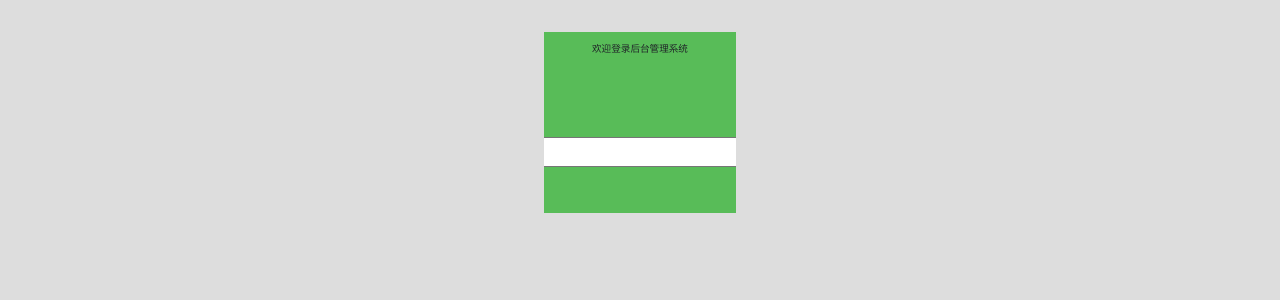
Repository: gzh51904/baiyangApp
Page: / (app in houtai/Vue-admin/)
These files come from the project's save history. The page is drawn as it stood at one moment and after the next save; the edit follows.
The browser window is 1280 px wide. The pictures show the whole page.
The project was rebuilt for these pictures with package versions that can differ from the ones it lists, and the page was loaded fresh each time. Also part of the build but not shown: houtai/Vue-admin/vue.config.js.

Above is the page before, as saved 2019-05-11 10:50:30.

### houtai/Vue-admin/public/index.html
<!DOCTYPE html>
<html lang="en">
  <head>
    <meta charset="utf-8">
    <meta http-equiv="X-UA-Compatible" content="IE=edge">
    <meta name="viewport" content="width=device-width,initial-scale=1.0">
    <link rel="icon" href="<%= BASE_URL %>favicon.ico">
    <title>secco-admin</title>
    <style>
    html,body{
      width:100%;
      height:100%;
    }

    </style>
  </head>
  <body>

    <div id="app"></div>
    <!-- built files will be auto injected -->
  </body>
</html>

### houtai/Vue-admin/src/main.js
import Vue from 'vue'
import App from './App.vue'
import router from './router/router'
import store from './store'

// import axios from "axios";
// Vue.prototype.$axios = axios;

// import bootstrap lib to the project,没有路径就会直接去找node_modules
import "bootstrap";

import 'lib-flexible';
Vue.config.productionTip = false

new Vue({
  router,
  store,
  render: h => h(App)
}).$mount('#app')

### houtai/Vue-admin/src/App.vue
<template>
  <div id="app">

    <router-view/>
  </div>
</template>
<script>
export default {

}
</script>

<style>
@import  '../node_modules/bootstrap/dist/css/bootstrap.css';

#app{
  height:100%;
  width:100%;
  background-color: #ddd;
  overflow:hidden;
}
</style>

### houtai/Vue-admin/src/router/router.js
import Vue from 'vue'
import Router from 'vue-router'
import Login from '../pages/login.vue'


Vue.use(Router)

export default new Router({
  mode: 'history',
  base: process.env.BASE_URL,
  routes: [
    {
      path: '/',
      name: 'Login',
      component: Login
    },
    {
      path: '/admin',
      name: 'admin',
      meta: {
        requireAuth: true
      },
      // route level code-splitting
      // this generates a separate chunk (about.[hash].js) for this route
      // which is lazy-loaded when the route is visited.
      component: () => import(/* webpackChunkName: "about" */ '../pages/admin/admin.vue'),
      children: [
        {
          path: 'goods',
          name: 'goods',
          title: '商品管理',
          component: () => import('../pages/admin/goods/goods'),//路径要自己改
          children:[
            {
              path: 'list',
              name: 'list',
              title: '商品列表',
              component: () => import('../pages/admin/goods/list'),//路径要自己改
            },
            {
              path: 'categories',
              name: 'categories',
              title: '商品分类',
              component: () => import('../pages/admin/goods/categories'),//路径要自己改
            },
            {
              path: 'addgoods',
              name: 'addgoods',
              title: '添加商品',
              component: () => import('../pages/admin/goods/addgoods'),//路径要自己改
            },
          ]
        },
        {
          path: 'users',
          name: 'users',
          title: '用户管理',
          component: () => import('../pages/admin/users/users'),//路径要自己改
          children:[
            {
              path: 'list',
              name: 'list',
              title: '用户列表',
              component: () => import('../pages/admin/users/list'),//路径要自己改
            },
            {
              path: 'adduser',
              name: 'adduser',
              title: '添加用户',
              component: () => import('../pages/admin/users/adduser'),//路径要自己改
            },

          ]
        },
      ]
    }
  ]
})

### houtai/Vue-admin/src/store/index.js
import Vue from 'vue'
import Vuex from 'vuex'
import createPersistedState from 'vuex-persistedstate'

Vue.use(Vuex)

/* eslint-disable no-new */
const store = new Vuex.Store({
  plugins: [createPersistedState()],
  modules: {
  }
})

export default store

### houtai/Vue-admin/src/pages/login.vue
<template>
<div class="login">
    <h3>欢迎登录后台管理系统</h3>
    <div class="login-form">
        <div class="login-form-item">
            <span>用户名</span>
            <input type="text" id="username">
        </div>
        <div>
              <span>密码</span>
            <input type="password" id="password">
        </div>
        <div>
            <button>Login</button>
        </div>
    </div>


</div>
</template>
<script>
export default {

}
</script>
<style lang="scss" scoped>
.login{
    margin: 2rem auto;
    overflow:hidden;
    width: 12rem;
    height:11.333333rem;
    /* height:5rem; */
    background-color:#58bc58;
    padding-top:.013333rem;
    h3{
        margin: .666667rem auto;
        text-align: center;
        font-size: .6rem;
        font-weight: 500;
    }
    .login-form{
        display:flex;
        flex-direction:column;
        justify-content: space-around;
        align-items: center;
        span{
            float:left;
            width:.8rem;
            text-align: right;
        }
    }

}
</style>

After the next save:
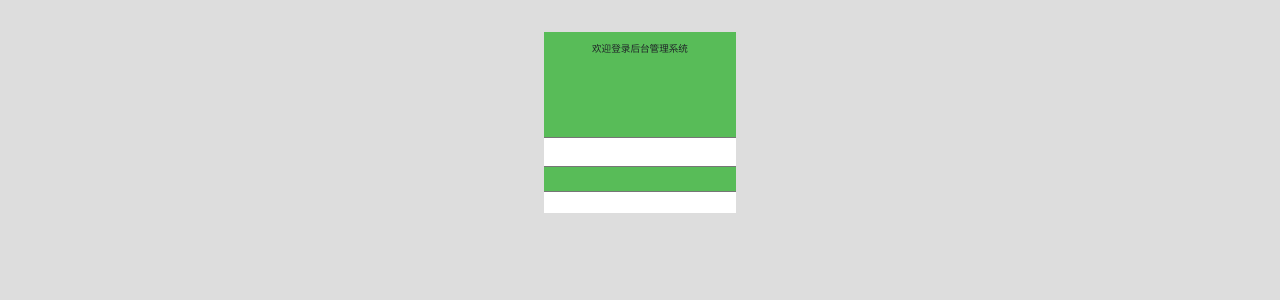
Saved 17 s later.
--- a/houtai/Vue-admin/src/pages/login.vue
+++ b/houtai/Vue-admin/src/pages/login.vue
@@ -43,11 +43,13 @@ export default {
         flex-direction:column;
         justify-content: space-around;
         align-items: center;
+        .login-form-item{
         span{
             float:left;
             width:.8rem;
             text-align: right;
         }
+        }
     }
 
 }
